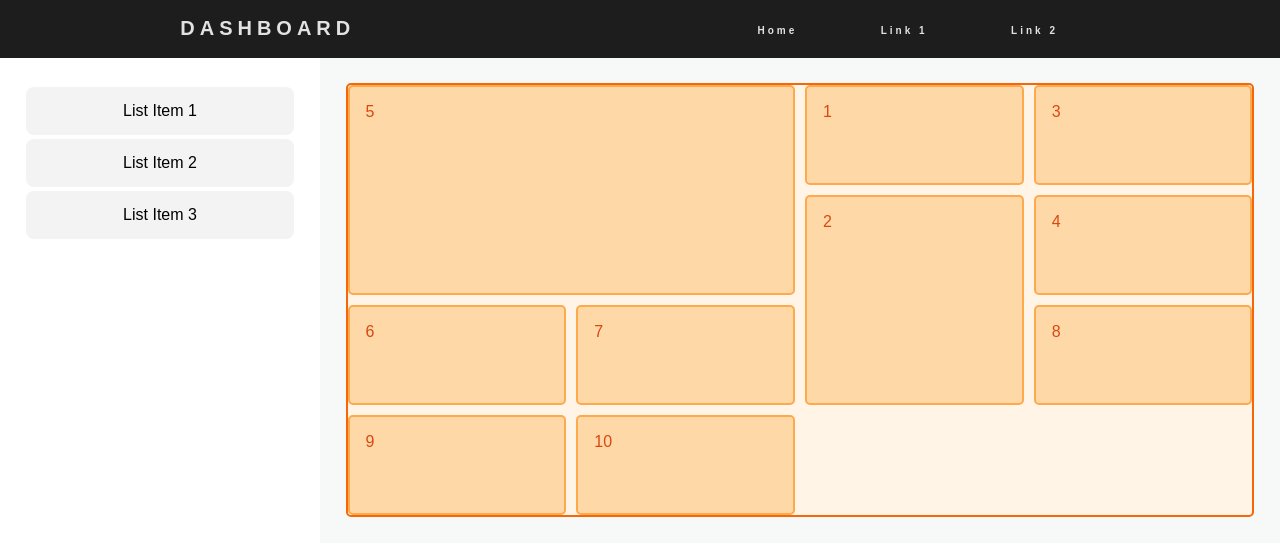
Repository: nourabdelhakam/drag-drop
Page: index.html
The author's editor kept a copy of each file at every save. The page is drawn from the files as they stood at one save, then again after the next save.
The browser window is 1280 px wide. The pictures show the whole page.

Above is the page before, as saved 2020-07-03 11:12:00.

### index.html
<!DOCTYPE html>
<html lang="en">
<head>
    <meta charset="UTF-8">
    <meta name="viewport" content="width=device-width, initial-scale=1.0">
    <meta http-equiv="X-UA-Compatible" content="ie=edge">
    <title>Drag & Drop</title>
    <link rel="stylesheet" href="nav/nav.css">
    <link rel="stylesheet" href="css/main.css">
</head>
<body>

    <!-- <nav> -->
        <nav>
            <div class="logo">
                <h4>Dashboard</h4>
            </div>
            <ul class="nav-links">
                <li><a href="">Home</a></li>
                <li><a href="">Link 1</a></li>
                <li><a href="">Link 2</a></li>
            </ul>
            <div class="burger">
                <div class="line1"></div>
                <div class="line2"></div>
                <div class="line3"></div>
            </div>
        </nav>
      <!-- </nav> end of nav -->

      <section>
                <div class="left">
                    <div class="list">
                        <div class="list-item" draggable="true">List Item 1</div>
                        <div class="list-item" draggable="true">List Item 2</div>
                        <div class="list-item" draggable="true">List Item 3</div>
                    </div>
                  </div>
                  <div class="right">
                      <div class="wrapper">
                        <div class="list">1</div>
                        <div class="list">2</div>
                        <div class="list">3</div>
                        <div class="list">4</div>
                        <div class="list">5</div>
                        <div class="list">6</div>
                        <div class="list">7</div>
                        <div class="list">8</div>
                        <div class="list">9</div>
                        <div class="list">10</div>
                      </div>
                  </div>
      </section>

    <script src="main.js" type="text/javascript"></script>
    <script src="nav/nav.js" type="text/javascript"></script>
</body>
</html>

### nav/nav.css
nav {
    display: flex;
    justify-content: space-around;
    align-items: center;
    min-height: 8vh;
    background-color: #1D1D1D;
    font-family: "Poppins", sans-serif;
}
.logo {
    color: rgb(226, 226, 226);
    text-transform: uppercase;
    letter-spacing: 5px;
    font-size: 20px;
}
.nav-links {
    display: flex;
    justify-content: space-around;
    width: 30%;
}
.nav-links li {
    list-style: none;
}
.nav-links a {
    color: rgb(226, 226, 226);
    text-decoration: none;
    letter-spacing: 3px;
    font-weight: bold;
    font-size: 10px;
}
.burger {
    display: none;
    cursor: pointer;
}
.burger div {
    width: 25px;
    height: 3px;
    background-color: rgb(226, 226, 226);
    margin: 5px;
    transition: all 0.3s ease;
}


@media screen and (max-width:1024px) {
    .nav-links {
        width: 60%;
    }
}

@media screen and (max-width:768px) {

    body {
        overflow-x: hidden;
    }
    .nav-links {
        position: absolute;
        right: 0px;
        height: 92vh;
        top: 8vh;
        background-color: #1D1D1D;
        display: flex;
        flex-direction: column;
        align-items: center;
        width: 50%;
        transform: translatex(100%);
        transition: transform 0.5s ease-in;
    }
    .nav-links li {
        opacity: 0;
    }
    .burger {
        display: block;
    }
}

.nav-active {
    transform: translatex(0%);
}

@keyframes navLinkFade {
    from {
        opacity: 0;
        transform: translatex(50%);
    }
    to {
        opacity: 1;
        transform: translatex(0%);
    }
}

.toggle .line1 {
    transform: rotate(-45deg) translate(-5px, 6px);
}
.toggle .line2 {
    opacity: 0;
}
.toggle .line3 {
    transform: rotate(45deg) translate(-5px, -6px);
}

.landing {
    height: 90vh;
    display: flex;
    justify-content: center;
    align-items: center;
}
.landing h1 {
    margin: 100px;
    font-size: 50px;
    color: #ae5fce;
}

### css/main.css
* {
    margin: 0;
    padding: 0;
    box-sizing: border-box;
}
body {
    font-family: Arial, Helvetica, sans-serif;
}
.left {
    width: 25%;
    height: 100%;
    float: left;
    padding: 2%;
}
.right {
    width: 75%;
    height: 100%;
    float: left;
    padding: 2%;
    background-color: #F7F8F8;
}
/* .list {
    width: 100%;
    min-width: 250px;
    max-width: 350px;
    height: 100%;
    min-height: 150px;

    margin: 0 15px;
    padding: 8px;
    transition: all 0.2s linear;
} */
.list-item {
    background-color: #F3F3F3;
    border-radius: 8px;
    padding: 15px 20px;
    text-align: center;
    margin: 4px 0;
}
/*

.lists .list {
    display: flex;
    flex-flow: column;
    flex: 1;

    width: 100%;
    min-width: 250px;
    max-width: 350px;
    height: 100%;
    min-height: 150px;

    background-color: rgba(0, 0, 0, 0.1);
    margin: 0 15px;
    padding: 8px;
    transition: all 0.2s linear;
}
 */

.wrapper {
    border: 2px solid #f76707;
    border-radius: 5px;
    background-color: #fff4e6;
}

.wrapper > div {
    border: 2px solid #ffa94d;
    border-radius: 5px;
    background-color: #ffd8a8;
    padding: 1em;
    color: #d9480f;
}
.wrapper {
  display: grid;
  grid-template-columns: repeat(4, 1fr);
  grid-auto-rows: 100px;
  grid-gap: 10px;
}
 .wrapper div:nth-child(2) {
   grid-column: 3;
   grid-row: 2 / 4;
}
 .wrapper div:nth-child(5) {
   grid-column: 1 / 3;
   grid-row: 1 / 3;
}

### main.js
const list_items = document.querySelectorAll('.list-item');
const lists = document.querySelectorAll('.list');

let draggedItem = null;

for (let i = 0; i < list_items.length; i++) {
	const item = list_items[i];

	item.addEventListener('dragstart', function () {
		draggedItem = item;
		setTimeout(function () {
			item.style.display = 'none';
		}, 0)
	});

	item.addEventListener('dragend', function () {
		setTimeout(function () {
			draggedItem.style.display = 'block';
			draggedItem = null;
		}, 0);
	})

	for (let j = 0; j < lists.length; j ++) {
		const list = lists[j];

		list.addEventListener('dragover', function (e) {
			e.preventDefault();
		});

		list.addEventListener('dragenter', function (e) {
			e.preventDefault();
			this.style.backgroundColor = 'rgba(0, 0, 0, 0.2)';
		});

		list.addEventListener('dragleave', function (e) {
			this.style.backgroundColor = 'rgba(0, 0, 0, 0.1)';
		});

		list.addEventListener('drop', function (e) {
			console.log('drop');
			this.append(draggedItem);
			this.style.backgroundColor = 'rgba(0, 0, 0, 0.1)';
		});
	}
}

### nav/nav.js
const navSlide = () => {
    const burger = document.querySelector('.burger');
    const nav = document.querySelector('.nav-links');
    const navLinks = document.querySelectorAll('.nav-links li');


    burger.addEventListener('click', () => {

        //Toggle Nav
        nav.classList.toggle('nav-active');

        //Animate Links
        navLinks.forEach((link, index) => {

            if (link.style.animation) {
                link.style.animation = '';
            } else {
                link.style.animation = `navLinkFade 0.5s ease forwards ${index / 7 + 0.3}s`;
            }

        });

        //Burger Animation
        burger.classList.toggle('toggle');
    });

}

navSlide();

After the next save:
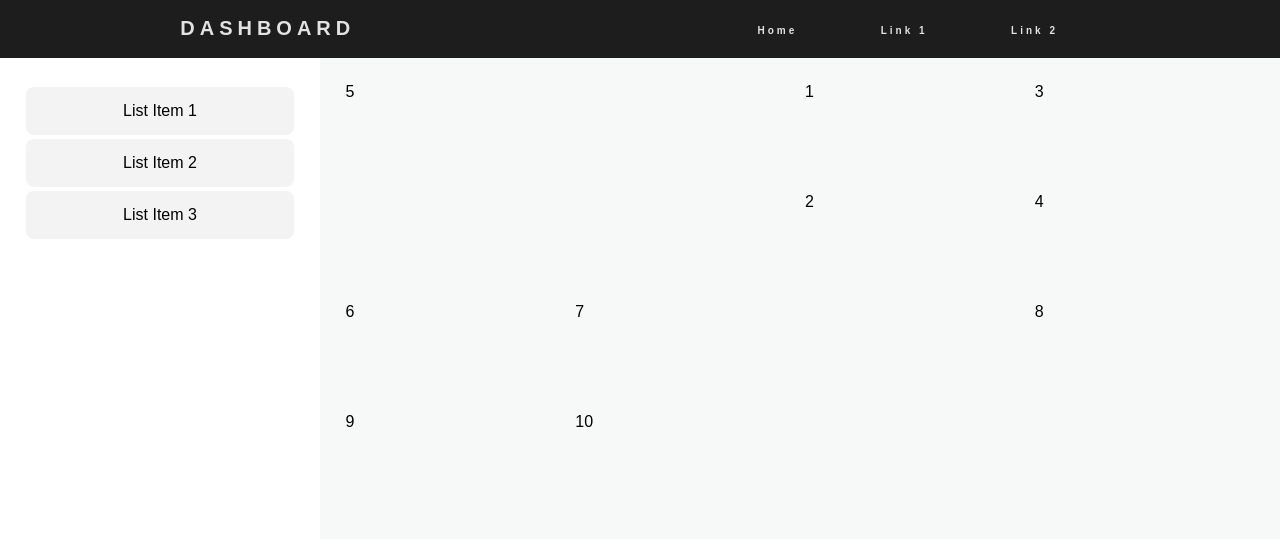
Saved 87 s later.
--- a/css/main.css
+++ b/css/main.css
@@ -57,11 +57,7 @@
 }
  */
 
-.wrapper {
-    border: 2px solid #f76707;
-    border-radius: 5px;
-    background-color: #fff4e6;
-}
+.
 
 .wrapper > div {
     border: 2px solid #ffa94d;

After the save that followed:
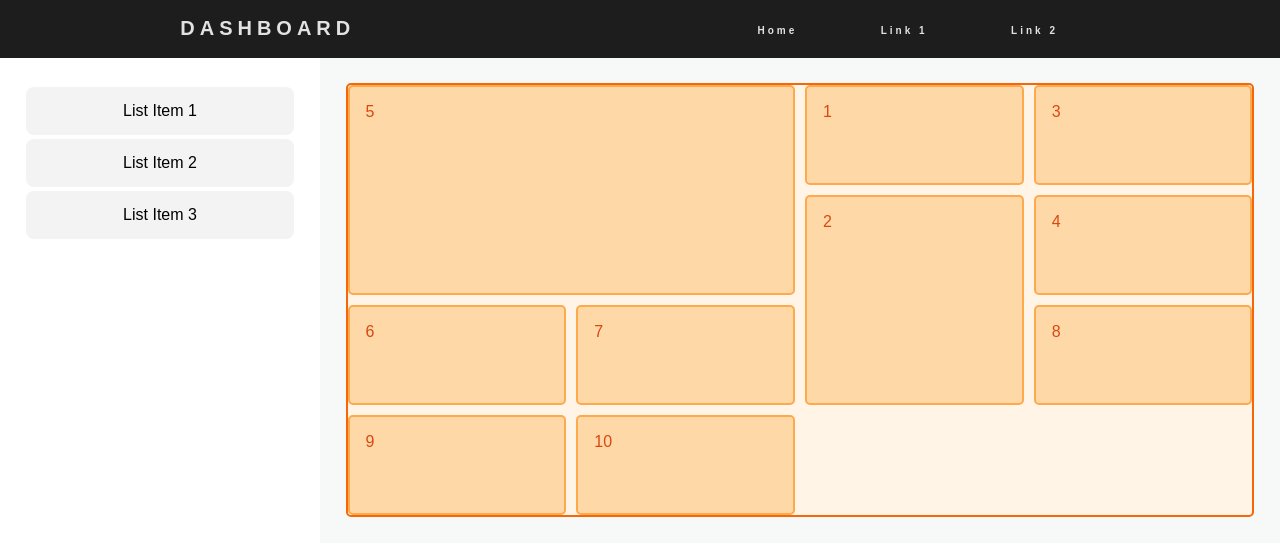
Saved 31 s later.
--- a/css/main.css
+++ b/css/main.css
@@ -57,7 +57,11 @@
 }
  */
 
-.
+.wrapper {
+    border: 2px solid #f76707;
+    border-radius: 5px;
+    background-color: #fff4e6;
+}
 
 .wrapper > div {
     border: 2px solid #ffa94d;
